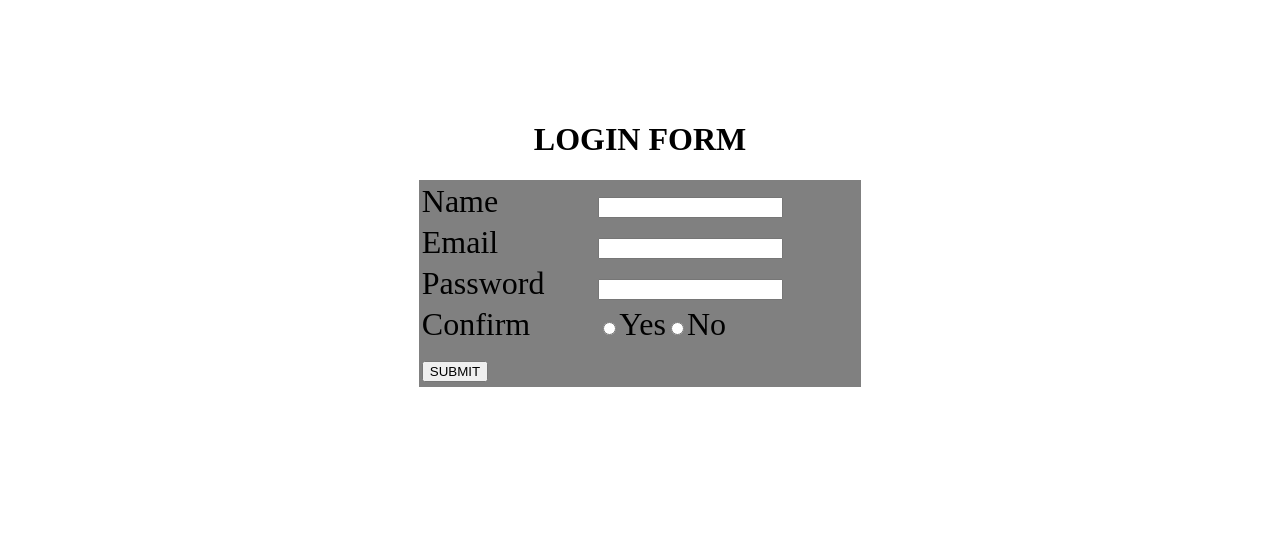
Repository: obusakthi539/Loginform
Page: Login.html
These files come from the project's save history. The page is drawn as it stood at one moment and after a run of saves; the edit follows.
The browser window is 1280 px wide. The pictures show the whole page.

Above is the page before, as saved 2025-01-10 18:15:59.

After the next 5 saves:
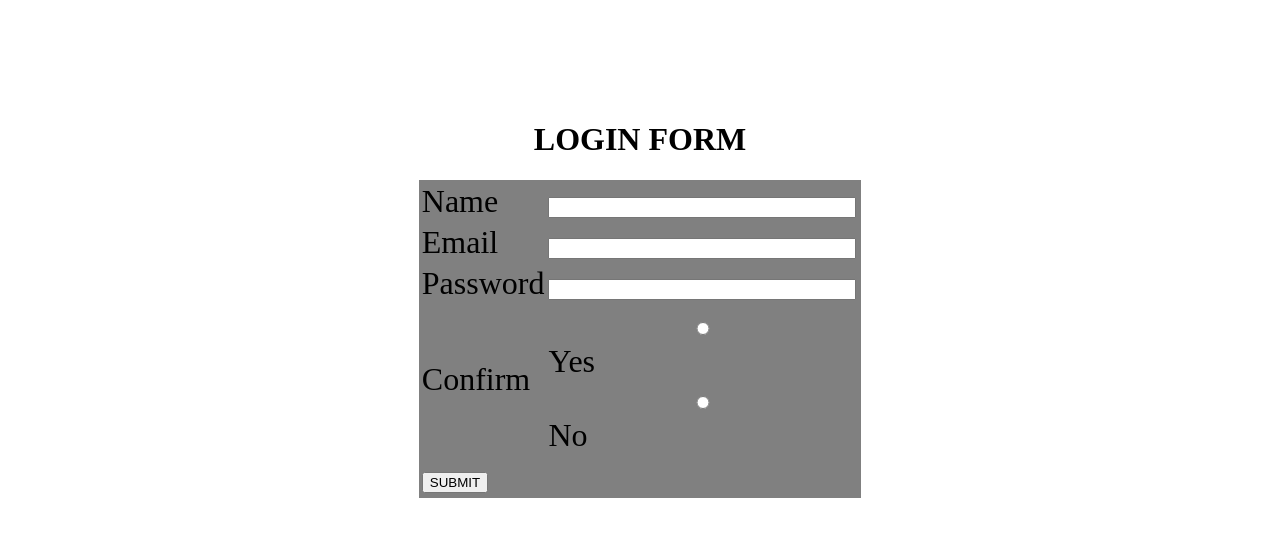
The 5 saves are shown as one change because they came seconds apart.
The last was saved 15 s later.
--- a/Login.html
+++ b/Login.html
@@ -21,7 +21,8 @@
 
         }
         .a input{
-
+            width: 300px;
+            h
         }
     </style>
 </head>
